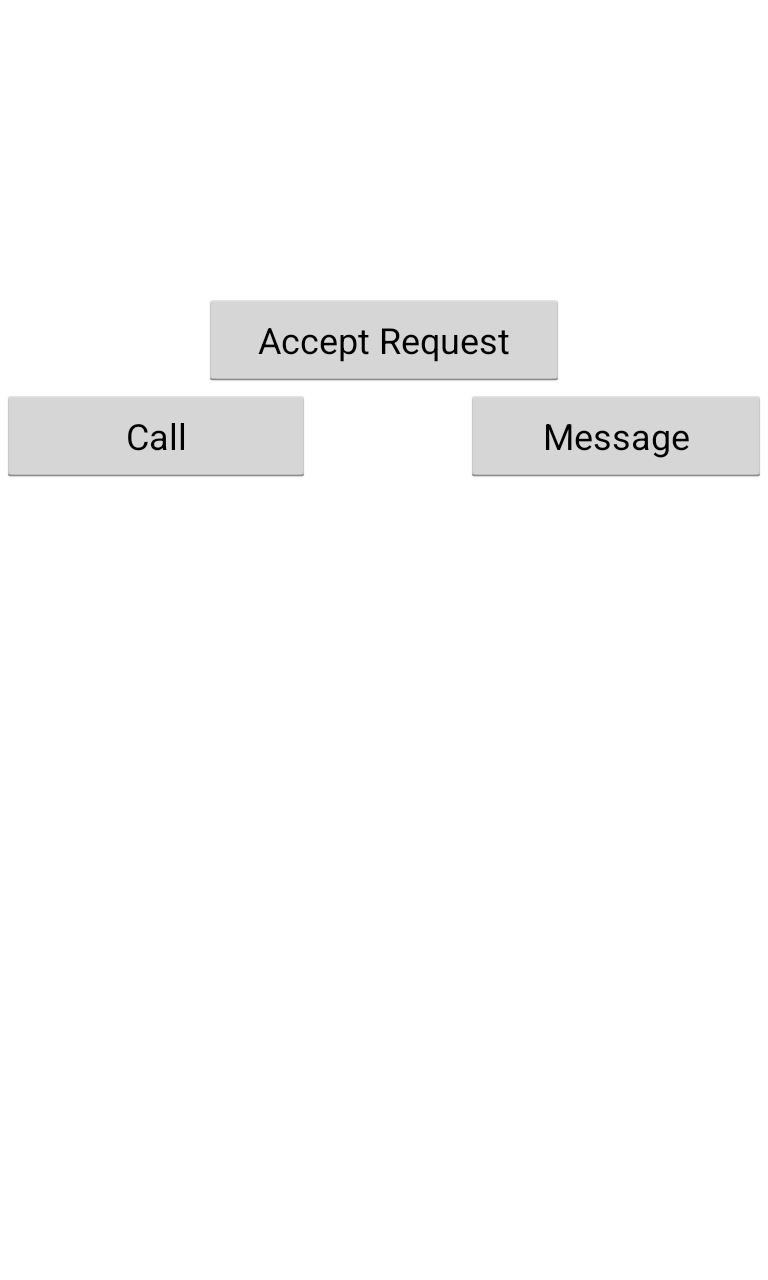
Repository: srivast6/SafeWalk
Layout: android/SafeWalk/res/layout/pop_up.xml
These files come from the project's save history. The layout is drawn as it stood at one moment and after the next save; the edit follows.
It is drawn on a 768 x 1280 px phone screen (xhdpi) without system bars, with theme android:Theme.Holo.Light; the app's code is not run.

Above is the layout before, as saved 2013-11-20 01:38:51.

### android/SafeWalk/res/layout/pop_up.xml
<?xml version="1.0" encoding="utf-8"?>
<RelativeLayout xmlns:android="http://schemas.android.com/apk/res/android"
    android:layout_width="match_parent"
    android:layout_height="match_parent" >

    <LinearLayout
        android:id="@+id/linearLayout1"
        android:layout_width="wrap_content"
        android:layout_height="wrap_content"
        android:layout_alignParentTop="true"
        android:layout_centerHorizontal="true"
        android:layout_marginTop="90dp"
        android:orientation="vertical" >

        <Button
            android:id="@+id/AcceptButton"
            android:layout_width="182dp"
            android:layout_height="wrap_content"
            android:layout_marginTop="56dp"
            android:text="Accept Request" />
    </LinearLayout>

    <LinearLayout
        android:id="@+id/linearLayout2"
        android:layout_width="wrap_content"
        android:layout_height="match_parent"
        android:layout_alignParentBottom="true"
        android:layout_alignTop="@+id/linearLayout3"
        android:orientation="horizontal" >

        <Button
            android:id="@+id/callButton"
            android:layout_width="156dp"
            android:layout_height="wrap_content"
            android:layout_marginBottom="22dp"
            android:text="Call" />
    </LinearLayout>

    <LinearLayout
        android:id="@+id/linearLayout3"
        android:layout_width="wrap_content"
        android:layout_height="match_parent"
        android:layout_alignParentBottom="true"
        android:layout_alignParentRight="true"
        android:layout_below="@+id/linearLayout1"
        android:orientation="horizontal" >

        <Button
            android:id="@+id/mssgButton"
            android:layout_width="152dp"
            android:layout_height="wrap_content"
            android:layout_marginBottom="22dp"
            android:text="Message" />
    </LinearLayout>

</RelativeLayout>

After the next save:
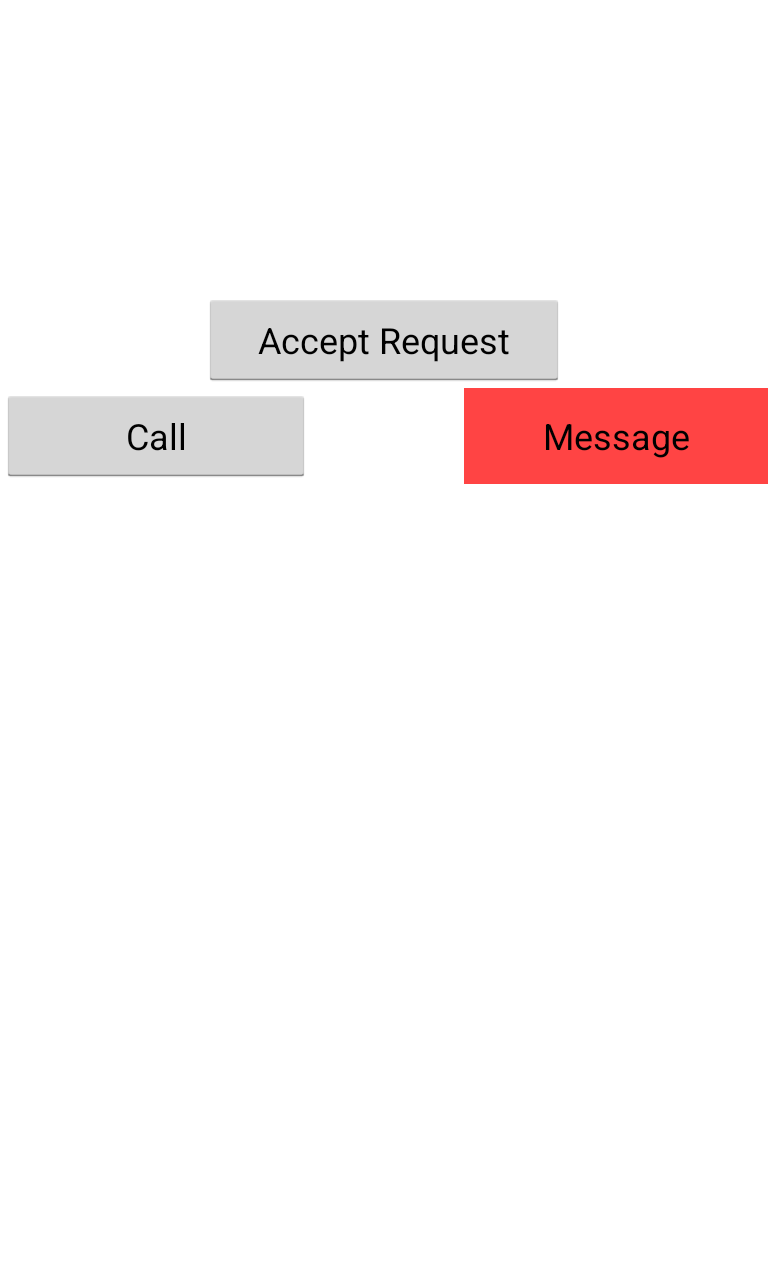
Saved 14 h 11 min later.
--- a/android/SafeWalk/res/layout/pop_up.xml
+++ b/android/SafeWalk/res/layout/pop_up.xml
@@ -50,7 +50,9 @@
             android:layout_width="152dp"
             android:layout_height="wrap_content"
             android:layout_marginBottom="22dp"
-            android:text="Message" />
+            android:background="@android:color/holo_red_light"
+            android:text="Message" >
+        </Button>
     </LinearLayout>
 
 </RelativeLayout>
